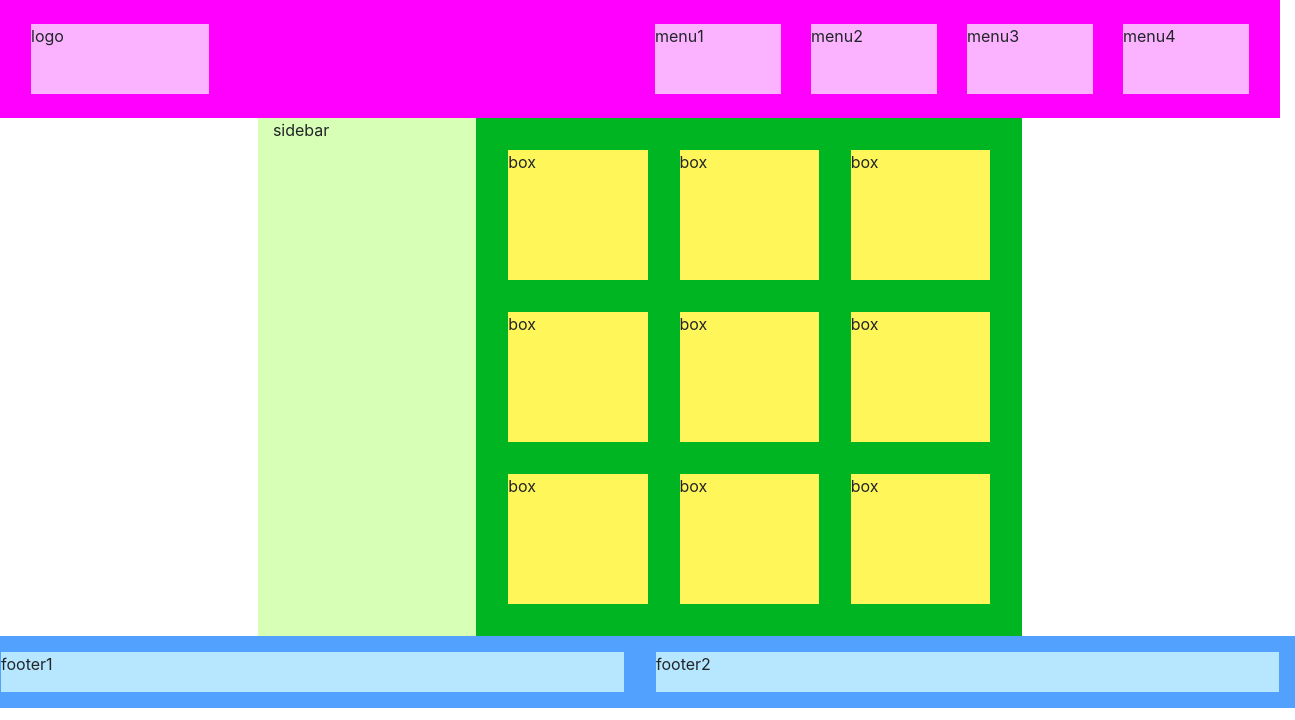
Repository: matuyama/dmm-webcamp
Page: bootstrap_practice/index.html
The author's editor kept a record of every edit. The page is drawn from the files as they stood at one moment, then again after the next edit.
The browser window is 1280 px wide. The page is 1295 px wide, so the pictures cover 1295 px, including what lies to the right of the window. The pictures show the whole page.

Above is the page before.

### bootstrap_practice/index.html
<!DOCTYPE html>
<html lang="ja">
  <head>
    <meta charset="utf8" />
    <title>23章演習</title>
    <link rel="stylesheet" href="https://cdn.jsdelivr.net/npm/bootstrap@4.6.2/dist/css/bootstrap.min.css"
    integrity="sha384-xOolHFLEh07PJGoPkLv1IbcEPTNtaed2xpHsD9ESMhqIYd0nLMwNLD69Npy4HI+N" crossorigin="anonymous">
    <link rel="stylesheet" href="style.css" />
  </head>

  <body>
    <div class="container-fluid">
      <div class="header row px-3 py-4">
        <div class="col-2">
          <div class="logo">logo</div>
        </div>
        <div class="col-6 offset-4">
          <div class="row">
            <div class="col-3">
              <div class="header-content">menu1</div>
            </div>
            <div class="col-3">
              <div class="header-content">menu2</div>
            </div>
            <div class="col-3">
              <div class="header-content">menu3</div>
            </div>
            <div class="col-3">
              <div class="header-content">menu4</div>
            </div>
          </div>
        </div>
      </div>
    </div>

    <!--justify-content-centerでflexの中央よせ-->
    <div class="main row justify-content-center">
      <div class="sidebar col-2">
        sidebar
      </div>

      <div class="main-content col-5">
        <!--1行に3つのカラム-->
        <div class="row row-cols-3 p-3">
          <div class="col p-3">
            <div class="content">box</div>
          </div>
          <div class="col p-3">
            <div class="content">box</div>
          </div>
          <div class="col p-3">
            <div class="content">box</div>
          </div>
          <div class="col p-3">
            <div class="content">box</div>
          </div>
          <div class="col p-3">
            <div class="content">box</div>
          </div>
          <div class="col p-3">
            <div class="content">box</div>
          </div>
          <div class="col p-3">
            <div class="content">box</div>
          </div>
          <div class="col p-3">
            <div class="content">box</div>
          </div>
          <div class="col p-3">
            <div class="content">box</div>
          </div>
        </div>
      </div>
    </div>

    <div class="footer row pd-3 justify-content-center">
      <div class="col-6 p-3">
        <div class="footer-content">footer1</div>
      </div>
      <div class="col-6 p-3">
        <div class="footer-content">footer2</div>
      </div>
    </div>

  </body>

</html>

### bootstrap_practice/style.css
* {
  margin: 0;
  padding: 0;
  box-sizing: border-box;
}

.header{
  background-color: #ff00ff;
}

.logo {
  background-color: #fbb3ff;
  height: 70px;
}

.header-content{
  background-color: #fbb3ff;
  height: 70px;
}
.sidebar{
  background-color: #d8ffb6;
}

.main-content{
  background-color: #00b522;
}

.content{
  background-color: #fff75a;
  height:130px;
}

.footer{
  background-color: #52a1ff;
}

.footer-content{
  background-color: #b6e7ff;
  height: 40px;
}

After the next edit:
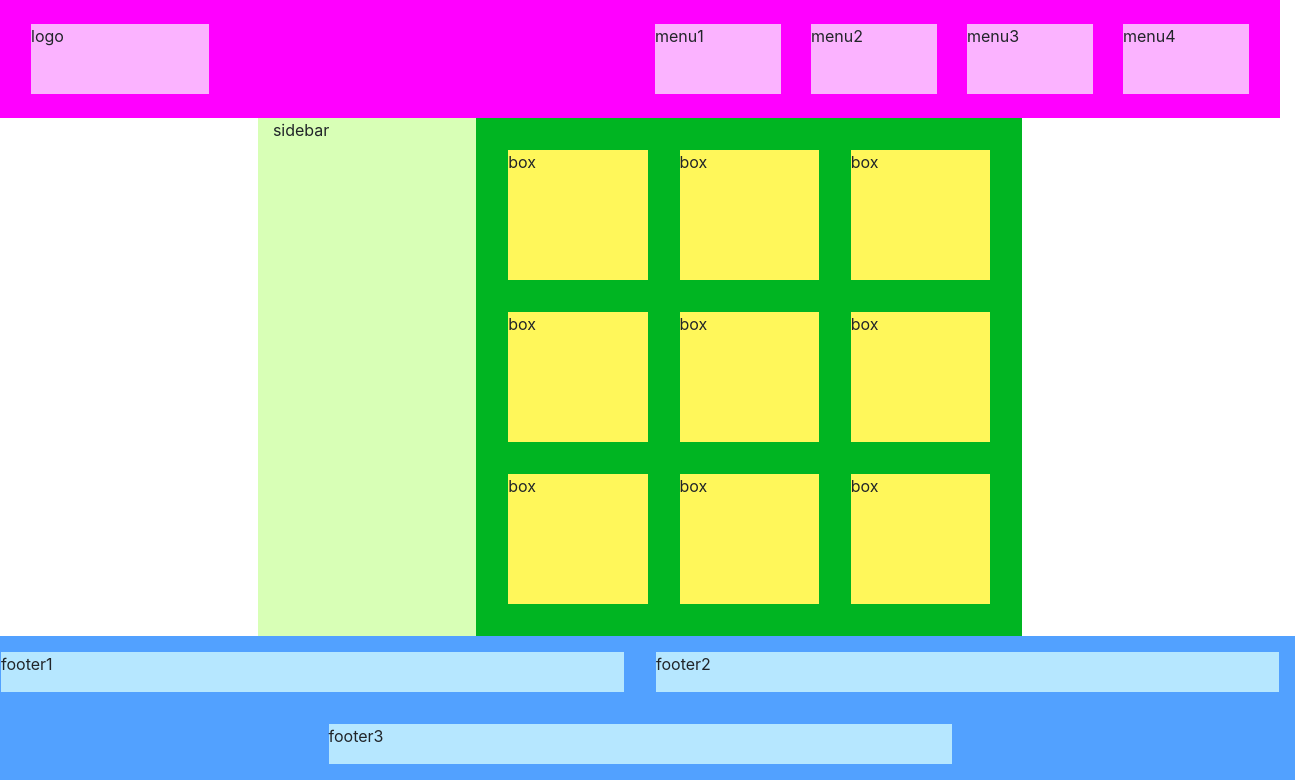
The edit:
--- a/bootstrap_practice/index.html
+++ b/bootstrap_practice/index.html
@@ -82,6 +82,12 @@
       </div>
     </div>
 
+    <div class="footer row pd-3 justify-content-center">
+      <div class="col-6 p-3">
+        <div class="footer-content">footer3</div>
+      </div>
+    </div>
+
   </body>
 
 </html>
